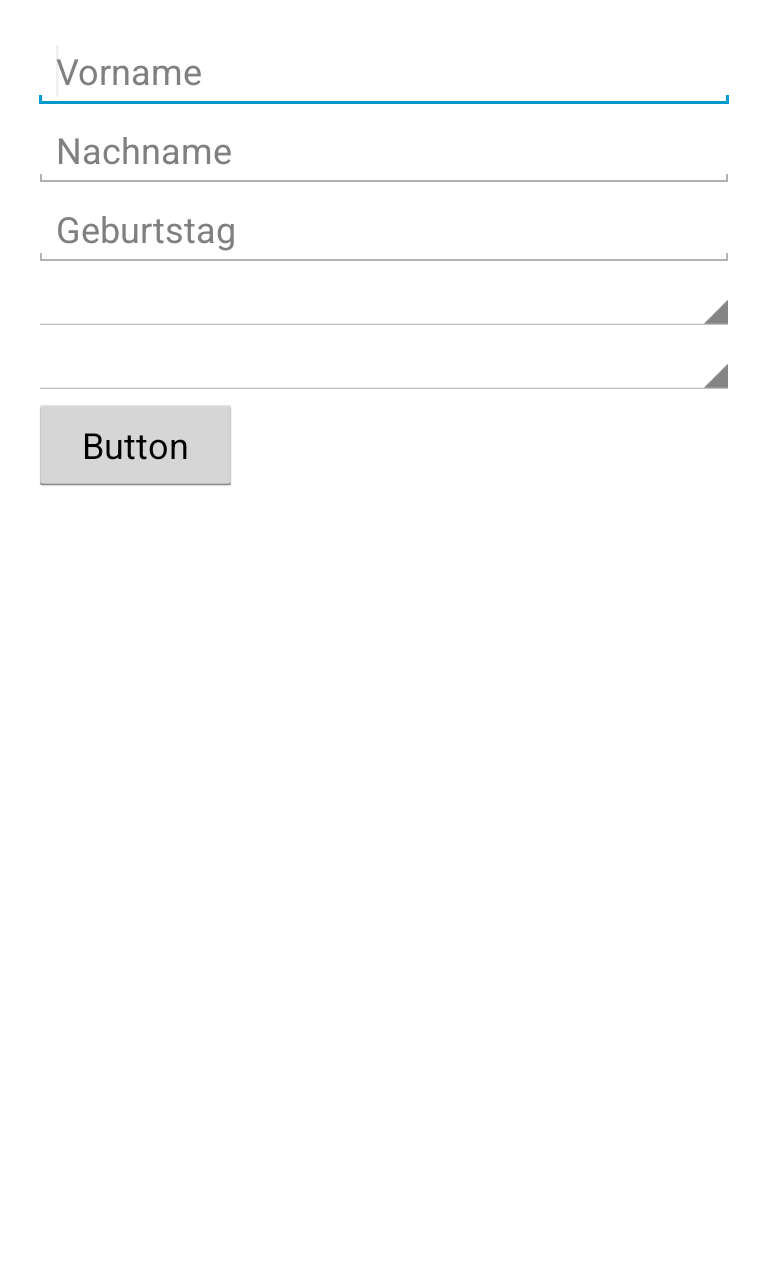
Repository: asdffdsa123/SA-Project
Layout: SA-Android/res/layout/activity_main.xml
These files come from the project's save history. The layout is drawn as it stood at one moment and after the next save; the edit follows.
It is drawn on a 768 x 1280 px phone screen (xhdpi) without system bars, with theme AppTheme; the app's code is not run.

Above is the layout before, as saved 2013-11-18 15:39:16.

After the next save:
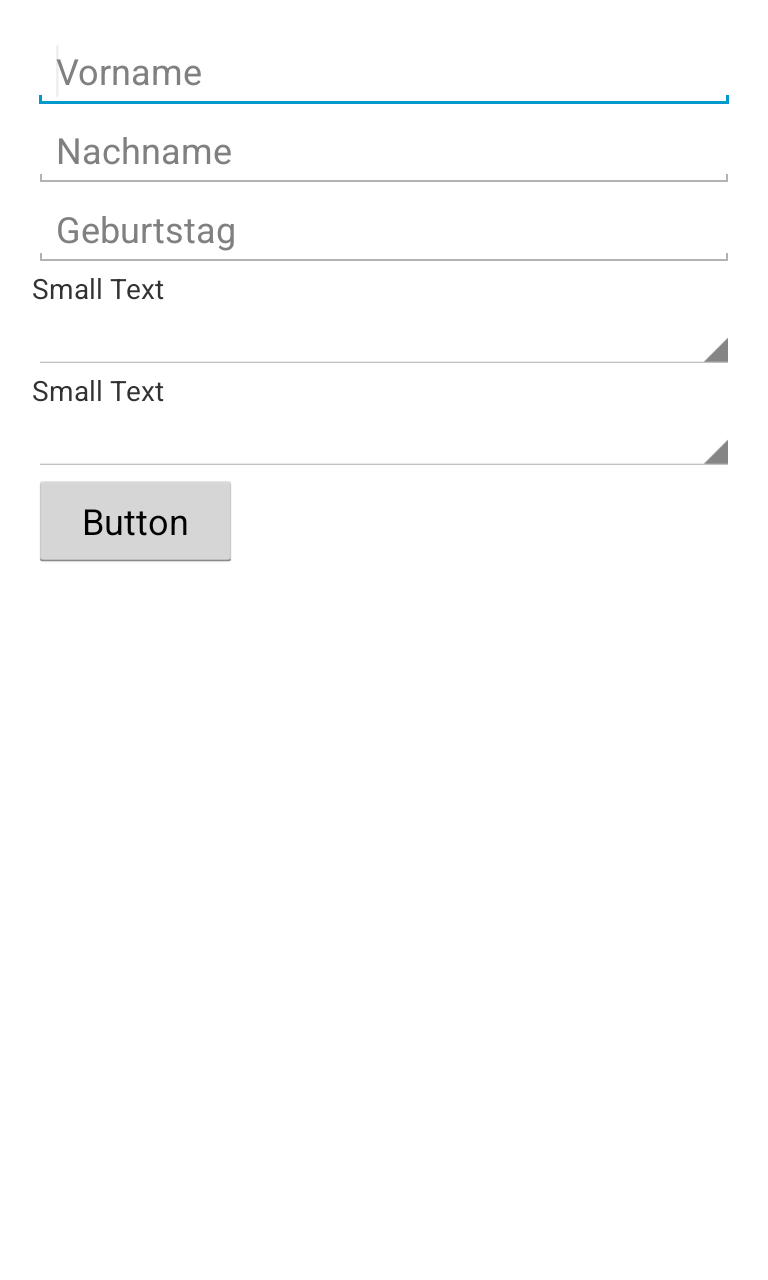
Saved 62 s later.
--- a/SA-Android/res/layout/activity_main.xml
+++ b/SA-Android/res/layout/activity_main.xml
@@ -37,10 +37,25 @@
         android:hint="@string/birthday"
         android:inputType="date" />
 
+    <TextView
+        android:id="@+id/textView1"
+        android:layout_width="wrap_content"
+        android:layout_height="wrap_content"
+        android:text="Small Text"
+        android:textAppearance="?android:attr/textAppearanceSmall" />
+
     <Spinner
         android:id="@+id/spinner1"
         android:layout_width="match_parent"
-        android:layout_height="wrap_content" />
+        android:layout_height="wrap_content"
+        android:contentDescription="@string/gender" />
+
+    <TextView
+        android:id="@+id/textView2"
+        android:layout_width="wrap_content"
+        android:layout_height="wrap_content"
+        android:text="Small Text"
+        android:textAppearance="?android:attr/textAppearanceSmall" />
 
     <Spinner
         android:id="@+id/spinner2"
